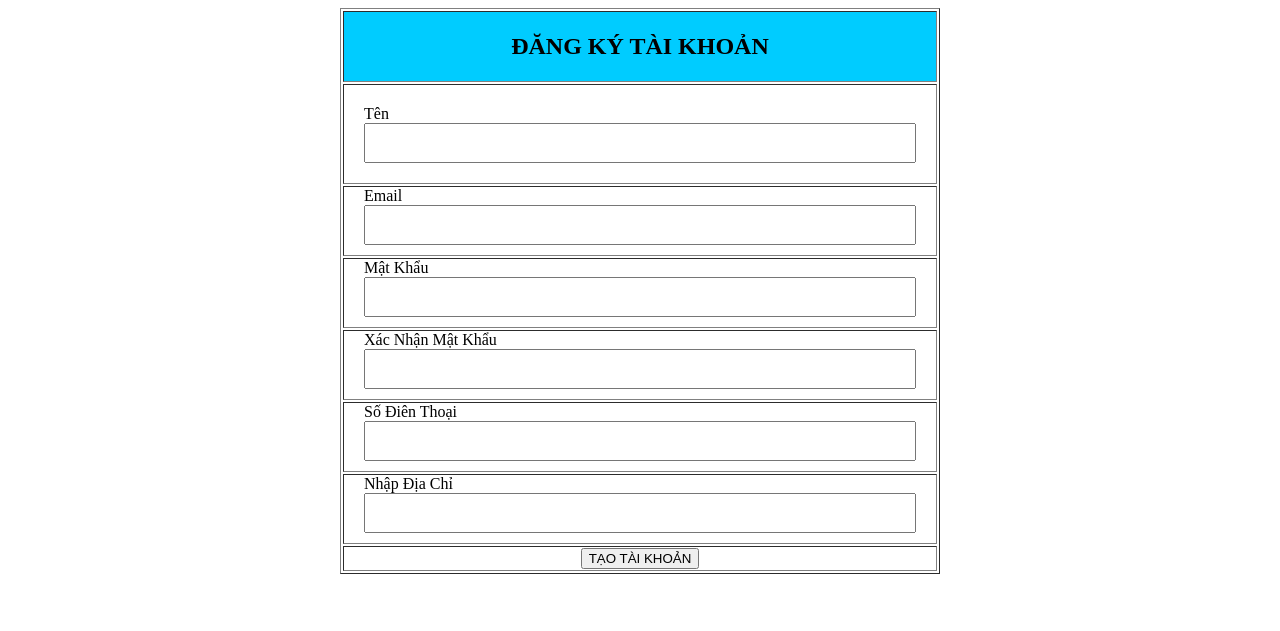
Repository: Tan-Khang21/TH_TKW--Buoi_04
Page: Bai_Tap_Ve_Nha/Bai_01/form7.html
An editor plug-in stored every save of this project. The page is shown before and after the next save, followed by the edit.
The browser window is 1280 px wide. The pictures show the whole page.

Above is the page before, as saved 2024-03-07 16:06:32.

### Bai_Tap_Ve_Nha/Bai_01/form7.html
<!DOCTYPE html>
<html lang="en">
  <head>
    <meta charset="UTF-8" />
    <meta name="viewport" content="width=device-width, initial-scale=1.0" />
    <title>Document</title>
  </head>
  <body>
    <form style="width: 600px; margin: 0 auto">
      <table border="1px" style="width: 600px">
        <tr>
          <th bgcolor="#00ccff">
            <h2 style="text-transform: uppercase">Đăng Ký Tài Khoản</h2>
          </th>
        </tr>
        <tr>
            <td style="padding: 20px">
              <span>Tên</span>
              <br />
              <input
                type="text"
                style="width: 100%; height: 40px; box-sizing: border-box"
              />
            </td>
          </tr>
        <tr>
          <td style="padding: 0px 20px 10px 20px">
            <span>Email</span>
            <br />
            <input
              type="email"
              style="width: 100%; height: 40px; box-sizing: border-box"
            />
          </td>
        </tr>
        <tr>
          <td style="padding: 0 20px 10px 20px">
            <span>Mật Khẩu</span>
            <br />
            <input
              type="password"
              style="width: 100%; height: 40px; box-sizing: border-box"
            />
          </td>
        </tr>
        <tr>
          <td style="padding: 0 20px 10px 20px">
            <span>Xác Nhận Mật Khẩu</span>
            <br />
            <input
              type="password"
              style="width: 100%; height: 40px; box-sizing: border-box"
            />
          </td>
        </tr>
        <tr>
          <td style="padding: 0 20px 10px 20px">
            <span>Số Điên Thoại</span>
            <br />
            <input
              type="tel"
              style="width: 100%; height: 40px; box-sizing: border-box"
            />
          </td>
        </tr>
        <tr>
          <td style="padding: 0 20px 10px 20px">
            <span>Nhập Địa Chỉ</span>
            <br />
            <input
              type="number"
              style="width: 100%; height: 40px; box-sizing: border-box"
            />
          </td>
        </tr>

        <tr>
            <th>
                <input style="text-transform: uppercase;" type="submit" value="Tạo Tài Khoản">
            </th>
        </tr>
      </table>
    </form>
  </body>
</html>

After the next save:
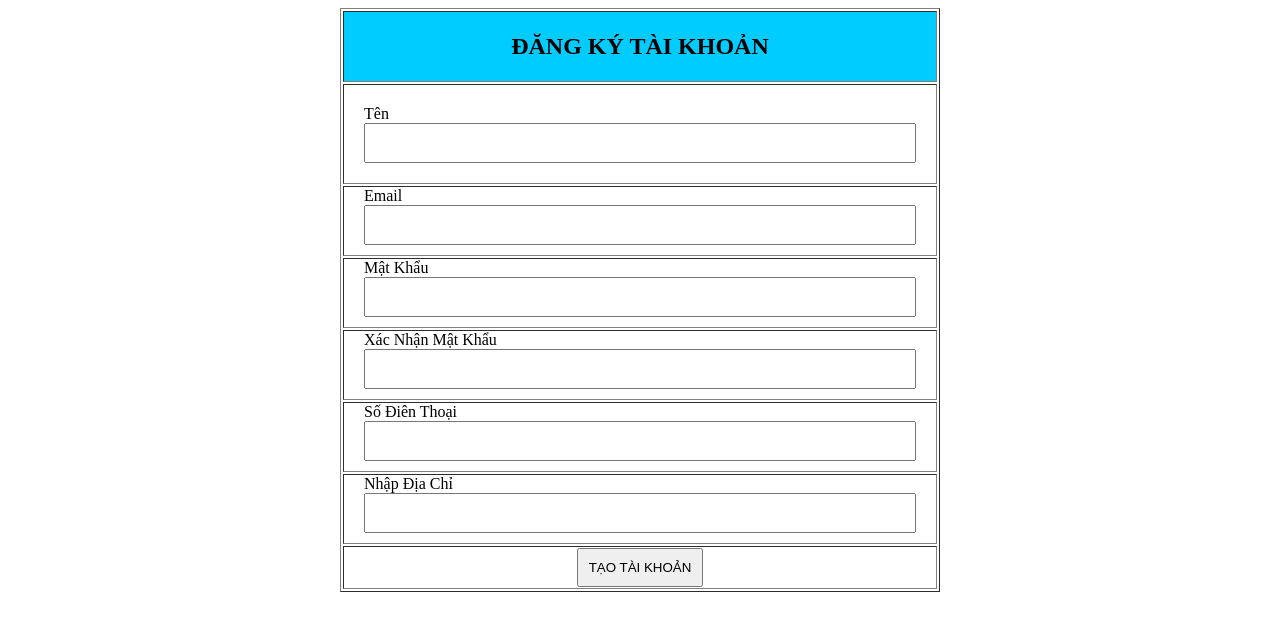
Saved 16 s later.
--- a/Bai_Tap_Ve_Nha/Bai_01/form7.html
+++ b/Bai_Tap_Ve_Nha/Bai_01/form7.html
@@ -76,7 +76,7 @@
 
         <tr>
             <th>
-                <input style="text-transform: uppercase;" type="submit" value="Tạo Tài Khoản">
+                <input style="text-transform: uppercase; padding: 10px;" type="submit" value="Tạo Tài Khoản">
             </th>
         </tr>
       </table>
